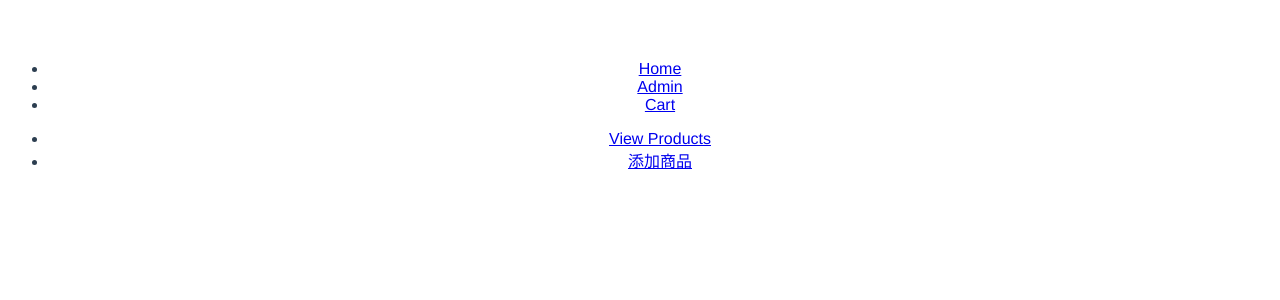
Repository: gandipapa/vue-online-shop-frontend
Page: /#/admin
An editor plug-in stored every save of this project. The page is shown before and after the next save, followed by the edit.
The browser window is 1280 px wide. The pictures show the whole page.
The project was rebuilt for these pictures with package versions that can differ from the ones it lists, and the page was loaded fresh each time. Also part of the build but not shown: src/components/products/ProductButton.vue, src/components/products/ProductItem.vue, src/components/products/ProductList.vue, src/pages/Home.vue, src/pages/Cart.vue, src/components/products/ProductDetail.vue, src/pages/Detail.vue, src/components/products/ProductForm.vue and 3 more.

Above is the page before, as saved 2021-03-30 14:42:22.

### index.html
<!DOCTYPE html>
<html>
  <head>
    <meta charset="utf-8">
    <meta name="viewport" content="width=device-width,initial-scale=1.0">
    <title>vue-online-shop-frontend</title>
  </head>
  <body>
    <div id="app"></div>
    <!-- built files will be auto injected -->
  </body>
</html>

### src/main.js
// The Vue build version to load with the `import` command
// (runtime-only or standalone) has been set in webpack.base.conf with an alias.
import Vue from 'vue'
import App from './App'
import router from './router'
// use vuex
import store from './store';
Vue.config.productionTip = false

/* eslint-disable no-new */
new Vue({
  el: '#app',
  router,
  store,
  components: { App },
  template: '<App/>'
})

### src/App.vue
<template>
  <div id="app">
    <nav>
      <div class="container">
        <ul class="nav_left">
          <li>
            <router-link to="/">Home</router-link>
          </li>
          <li>
            <router-link to="/admin">Admin</router-link>
          </li>
          <li>
            <router-link to="/cart">Cart</router-link>
          </li>
        </ul>
      </div>
    </nav>
    <router-view/>
  </div>
</template>

<script>
export default {
  name: 'App'
}
</script>

<style>
#app {
  font-family: 'Avenir', Helvetica, Arial, sans-serif;
  -webkit-font-smoothing: antialiased;
  -moz-osx-font-smoothing: grayscale;
  text-align: center;
  color: #2c3e50;
  margin-top: 60px;
}
</style>

### src/router/index.js
import Vue from 'vue'
import Router from 'vue-router'
// import HelloWorld from '@/components/HelloWorld'
import Home from '@/pages/Home'
import Cart from '@/pages/Cart'
import Detail from '@/pages/Detail';

// Admin Components
import Index from '@/pages/admin/Index';
import New from '@/pages/admin/New';
import Products from '@/pages/admin/Products';
import Edit from '@/pages/admin/Edit';

Vue.use(Router)

export default new Router({
  routes: [
    {
      path: '/',
      name: 'Home',
      component: Home,
    },
    {
      path: '/admin',
      name: 'Admin',
      component: Index,
      children:[
        {
          path:'new',
          name:'New',
          component:New,
        },
        {
          path:'products',
          name:'Products',
          component:Products,
        },
        {
          path:'edit/:id',
          name:'Edit',
          component:Edit,
        },
      ]
    },
    {
      path: '/cart',
      name: 'Cart',
      component:Cart,
    },
    {
      path: '/detail/:id',
      name: 'Detail',
      component: Detail,
    }
  ],
})

### src/store/index.js
import Vue from 'vue';
import Vuex from 'vuex';
import axios from 'axios';

const API_BASE = 'http://localhost:3000/api/v1';

Vue.use(Vuex);

export default new Vuex.Store({
  strict: true,
  state: {
    // bought items
    cart: [],
    // ajax loader
    showLoader: false,
    // selected product
    product: {},
    // all products
    products: [],
    // all manufacturers
    manufacturers: [],
  },
  mutations: {
    ADD_TO_CART(state, payload) {
      const { product } = payload;
      state.cart.push(product)
    },
    REMOVE_FROM_CART(state, payload) {
      const { productId } = payload
      state.cart = state.cart.filter(product => product._id !== productId)
    },
    ALL_PRODUCTS(state) {
      state.showLoader = true;
    },
    ALL_PRODUCTS_SUCCESS(state, payload) {
      const { products } = payload;

      state.showLoader = false;
      state.products = products;
    },
    PRODUCT_BY_ID(state) {
      state.showLoader = true;
    },
    PRODUCT_BY_ID_SUCCESS(state, payload) {
      state.showLoader = false;

      const { product } = payload;
      state.product = product;
    }
  },
  getters: {
    allProducts(state) {
      return state.products;
    },
    productById:(state, getters ) => id => {
      if (getters.allProducts.length > 0) {
        return getters.allProducts.filter(p => p._id == id)[0];
      }else{
        return state.product;
      }
    }
  }
  ,
  actions: {
    allProducts({ commit }) {
      commit('ALL_PRODUCTS')

      axios.get(`${API_BASE}/products`).then(response => {
        commit('ALL_PRODUCTS_SUCCESS', {
          products: response.data,
        });
      })
    },

    productById({ commit }, payload) {
      commit('PRODUCT_BY_ID');

      const { productId } = payload;
      axios.get(`${API_BASE}/products/${productId}`).then(response => {
        commit('PRODUCT_BY_ID_SUCCESS', {
          product: response.data,
        });
      })
    }
  }
});

### src/pages/admin/Index.vue
<template>
    <div>
        <div class="admin-new">
            <div class="container">
                <div class="col-lg-3 col-md-3 col-sm-12 col-xs-12">
                    <ul class="admin-menu">
                        <li>
                            <router-link to="/admin/products">View Products</router-link>
                        </li>
                        <li>
                            <router-link to="/admin/new"> 添加商品</router-link>
                        </li>
                    </ul>
                </div>
                <router-view/>
            </div>
        </div>
    </div>
</template>
<script>

export default{
    name:'home',
    data(){
        return{
            msg:'Welcome to the Admin Page'
        }
    }
}
</script>

After the next save:
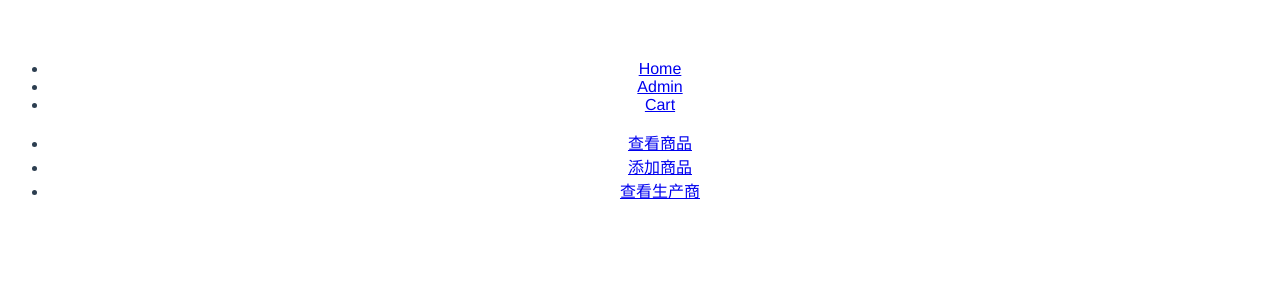
Saved 28 s later.
--- a/src/pages/admin/Index.vue
+++ b/src/pages/admin/Index.vue
@@ -1,30 +1,22 @@
 <template>
-    <div>
-        <div class="admin-new">
-            <div class="container">
-                <div class="col-lg-3 col-md-3 col-sm-12 col-xs-12">
-                    <ul class="admin-menu">
-                        <li>
-                            <router-link to="/admin/products">View Products</router-link>
-                        </li>
-                        <li>
-                            <router-link to="/admin/new"> 添加商品</router-link>
-                        </li>
-                    </ul>
-                </div>
-                <router-view/>
-            </div>
+  <div>
+    <div class="admin-new">
+      <div class="container">
+        <div class="col-lg-3 col-md-3 col-sm-12 col-xs-12">
+          <ul class="admin-menu">
+            <li>
+              <router-link to="/admin">查看商品</router-link>
+            </li>
+            <li>
+              <router-link to="/admin/new">添加商品</router-link>
+            </li>
+            <li>
+              <router-link to="/admin/manufacturers">查看生产商</router-link>
+            </li>
+          </ul>
         </div>
+        <router-view></router-view>
+      </div>
     </div>
+  </div>
 </template>
-<script>
-
-export default{
-    name:'home',
-    data(){
-        return{
-            msg:'Welcome to the Admin Page'
-        }
-    }
-}
-</script>
